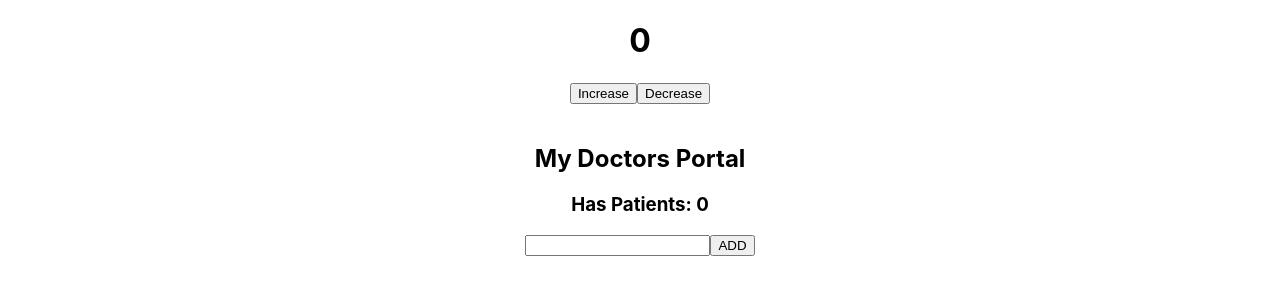
Repository: Sharif-00112/exploring-redux-useReducer
Page: /
The author's editor kept a copy of each file at every save. The page is drawn from the files as they stood at one save, then again after the next save.
The browser window is 1280 px wide. The pictures show the whole page.
The project was rebuilt for these pictures with package versions that can differ from the ones it lists, and the page was loaded fresh each time.

Above is the page before, as saved 2023-01-09 22:32:56.

### src/App.js
// import { useState } from 'react';
// import { useReducer } from 'react';
import './App.css';
import Count from './Components/Count';
import Portal from './Components/Portal';

function App() {
  // useState example
  // const [users, setUsers] = useState([]);

  // useReducer example
  // const [ state, dispatch ] = useReducer(countReducer, countState);

  return (
    <div className="App">
      <Count></Count>
      <br />
      <Portal></Portal>
    </div>
  );
}

export default App;

### src/Components/Count.js
import React, { useReducer } from 'react';

const countState = {
    count: 0,
    clicks: 0,
    users: [],
    active: true
}

const countReducer = (state, action) => {
    switch (action.type) {
        case 'increment':
            return {
                ...state,
                count: state.count + 1
            };
        case 'decrement':
            return {
                ...state,
                count: state.count - 1
            };
        default:
        //   throw new Error();
            return state;
    }
}

const Count = () => {
    const [ state, dispatch ] = useReducer(countReducer, countState);

    return (
        <div>
            <h1>{state.count}</h1>
            <button onClick={ () => dispatch({type: 'increment'})}>Increase</button>
            <button onClick={ () => dispatch({type: 'decrement'})}>Decrease</button>
        </div>
    );
};

export default Count;

### src/Components/Portal.js
import React, { useReducer, useState } from 'react';
import { portalReducer } from '../reducers/portalReducer';
import { portalState } from '../store/portalStore';

// here, reducer and state are in different page

const Portal = () => {
    // complex state using useReducer
    const [state, dispatch] = useReducer(portalReducer, portalState);

    // simple state using useState
    const [name, setName] = useState('');

    return (
        <div>
            <h2>My Doctors Portal</h2>
            <h3>Has Patients: {state.patients.length}</h3>
            <input type="text" name="" id="" onChange={(e)=> setName(e.target.value)} />
            <button>ADD</button>
        </div>
    );
};

export default Portal;

### src/reducers/portalReducer.js
export const portalReducer = (state, action) => {
    switch (action.type) {
        case 'increment':
            return {
                ...state,
                count: state.count + 1
            };
        case 'decrement':
            return {
                ...state,
                count: state.count - 1
            };
        default:
        //   throw new Error();
            return state;
    }
}

### src/store/portalStore.js
export const portalState = {
    doctors: [],
    patients: [],
    appointments: [],
    admin: [],
    isOpen: true
}

Loaded but not shown: public/index.html (common file); src/index.js (common file); src/index.css (common file); src/reportWebVitals.js (common file); src/App.css (common file)

After the next save:
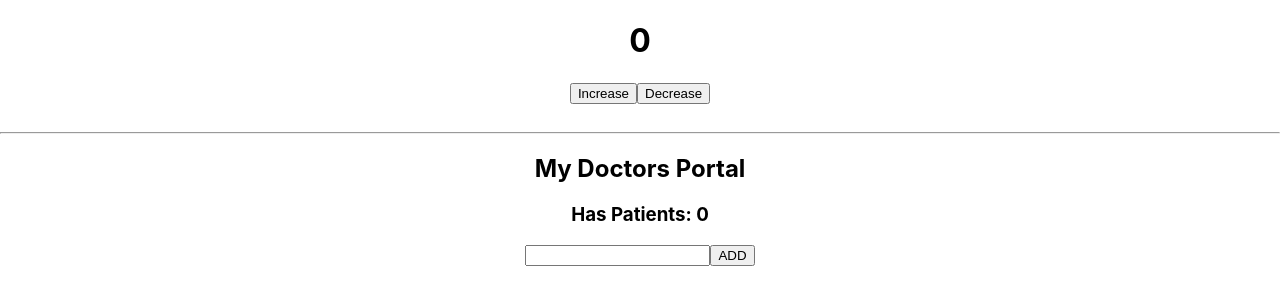
Saved 19 s later.
--- a/src/App.js
+++ b/src/App.js
@@ -15,6 +15,7 @@ function App() {
     <div className="App">
       <Count></Count>
       <br />
+      <hr />
       <Portal></Portal>
     </div>
   );
